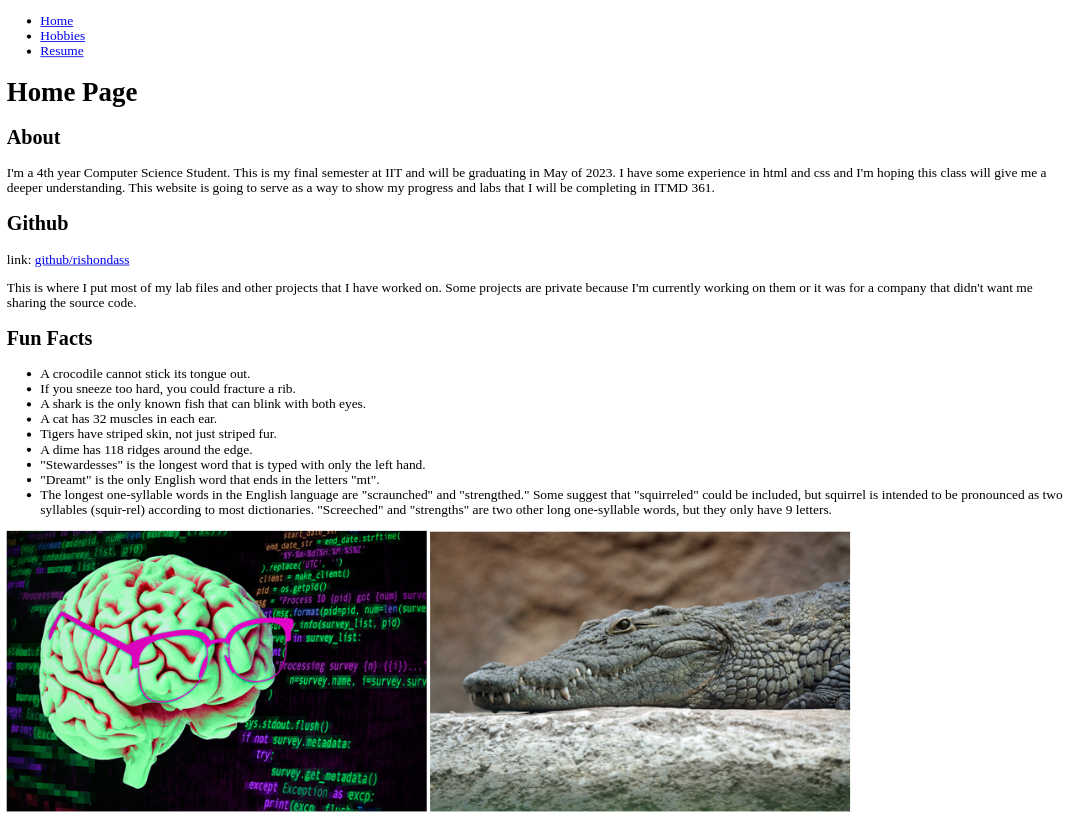
Repository: rishondass/ITMD361-Project1
Page: index.html
The author's editor kept a copy of each file at every save. The page is drawn from the files as they stood at one save, then again after a run of saves.
The browser window is 1280 px wide. The pictures show the whole page, at 84% of full size.

Above is the page before, as saved 2023-02-22 14:58:52.

### index.html
<!DOCTYPE html>
<html lang="en">
<head>
    <meta charset="UTF-8">
    <meta name="viewport" content="width=device-width, initial-scale=1.0">
    <title>Home</title>
</head>
<body>
    <nav>
        <ul>
            <li>
                <a href="index.html">Home</a>
            </li>
            <li>
                <a href="hobbies.html">Hobbies</a>
            </li>
            <li>
                <a href="resume.html">Resume</a>
            </li>
        </ul>
    </nav>

    <div>
        <h1>Home Page</h1>
        <h2>
            About
        </h2>
        <p>
            I'm a 4th year Computer Science Student. This is my final semester at IIT and will be graduating in May of 2023. I have some experience in html and css and I'm hoping this class will give me a deeper understanding. This website is going to serve as a way to show my progress and labs that I will be completing in ITMD 361.
        </p>
        <h2>
            Github
        </h2>
        <p>
            link: <a target="_blank" href="https://www.github.com/rishondass">github/rishondass</a>
        </p>
        <p>
            This is where I put most of my lab files and other projects that I have worked on. Some projects are private because I'm currently working on them or it was for a company that didn't want me sharing the source code.
        </p>
        <h2>
            Fun Facts
        </h2>
        <p>
            <ul>
                <li>
                    A crocodile cannot stick its tongue out.
                </li>
                <li>
                    If you sneeze too hard, you could fracture a rib.
                </li>
                <li>
                    A shark is the only known fish that can blink with both eyes.
                </li>
                <li>
                    A cat has 32 muscles in each ear.
                </li>
                <li>
                    Tigers have striped skin, not just striped fur.
                </li>
                <li>
                    A dime has 118 ridges around the edge.
                </li>
                <li>
                    "Stewardesses" is the longest word that is typed with only the left hand.
                </li>
                <li>
                    "Dreamt" is the only English word that ends in the letters "mt".
                </li>
                <li>
                    The longest one-syllable words in the English language are "scraunched" and "strengthed." Some suggest that "squirreled" could be included, but squirrel is intended to be pronounced as two syllables (squir-rel) according to most dictionaries. "Screeched" and "strengths" are two other long one-syllable words, but they only have 9 letters.
                </li>
            </ul>
        </p>
        <img src="images/code.jpg" alt="image_of_code">
        <img src="images/Nile_crocodile_head.jpg" alt="image_of_crocodile">

    </div>
</body>
</html>

After the next 4 saves:
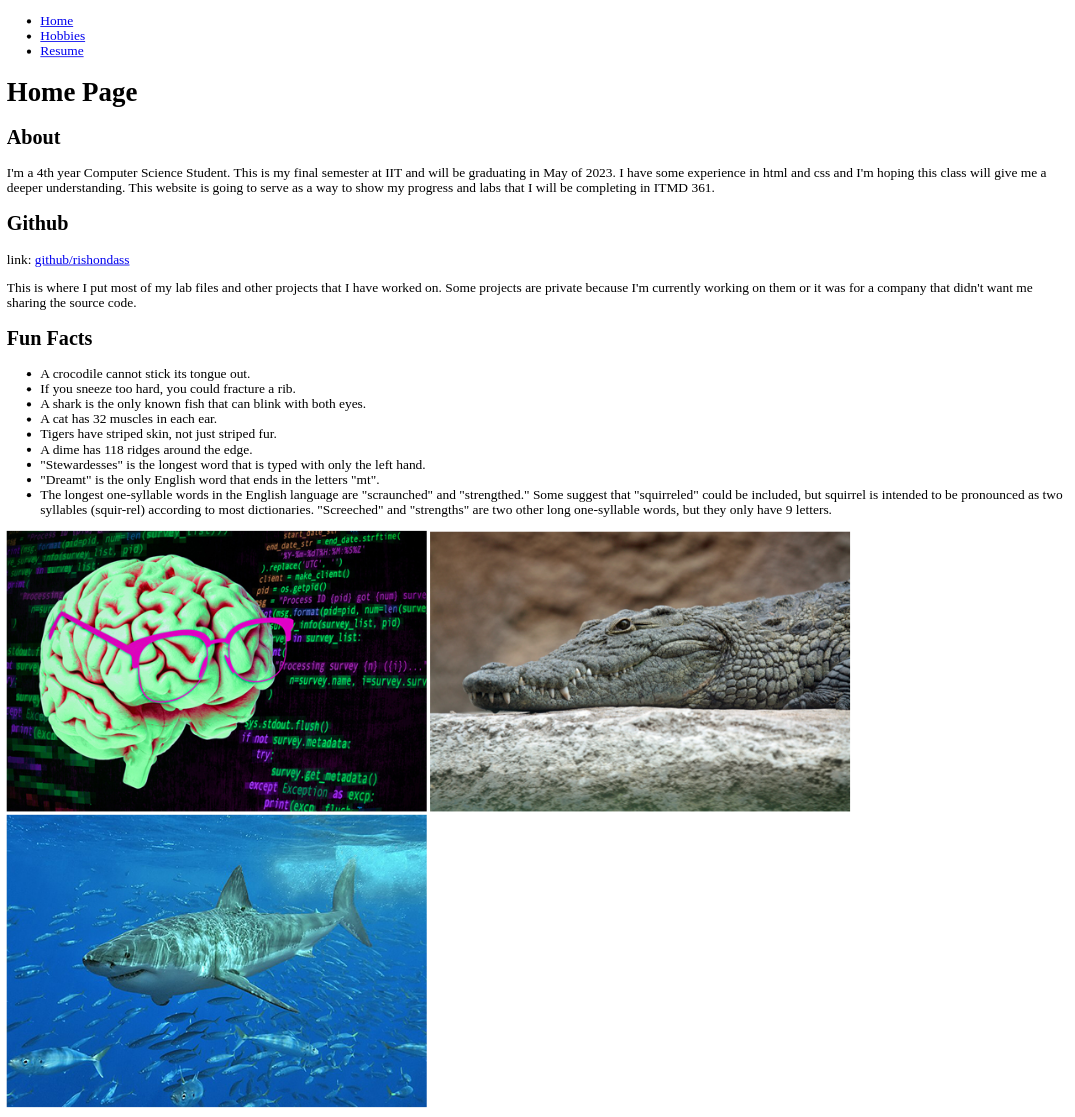
The 4 saves are shown as one change because they came seconds apart.
The last was saved 10 s later.
--- a/index.html
+++ b/index.html
@@ -73,6 +73,7 @@
         </p>
         <img src="images/code.jpg" alt="image_of_code">
         <img src="images/Nile_crocodile_head.jpg" alt="image_of_crocodile">
+        <img src="images/White_shark.jpg" alt="">
 
     </div>
 </body>
